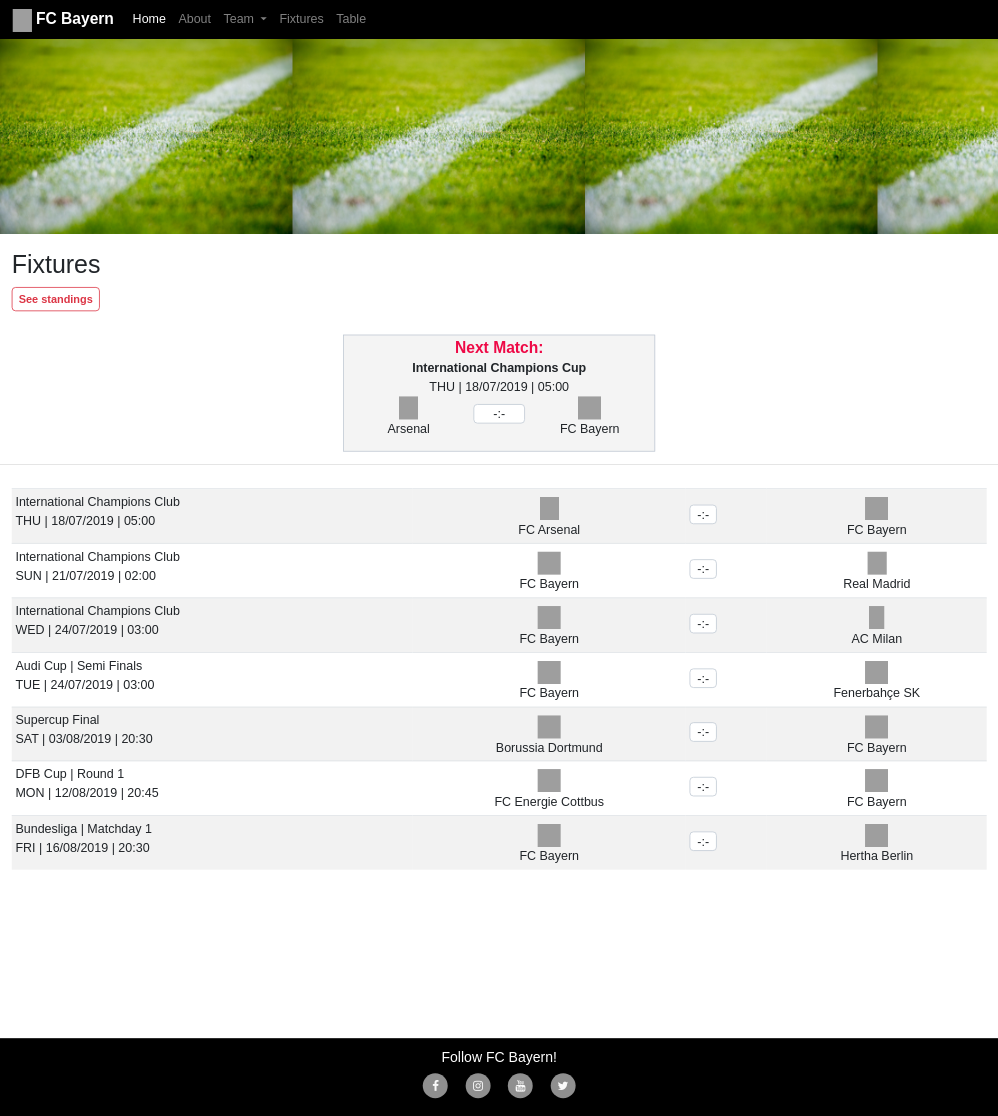
Repository: Code-Institute-Submissions/alnibo-milestone-project-1
Page: fixtures.html
The author's editor kept a record of every edit. The page is drawn from the files as they stood at one moment, then again after the next edit.
The browser window is 1280 px wide. The pictures show the whole page, at 78% of full size.
Pictures or frames that could not be fetched are drawn as grey boxes. Backgrounds fixed to the window are drawn as part of the page. Some web fonts or font styles are not loaded; a fallback is used.

Above is the page before.

### fixtures.html
<!DOCTYPE html>
<html lang="en">

<head>
    <meta charset="UTF-8">
    <meta name="viewport" content="width=device-width, initial-scale=1.0">
    <link rel="stylesheet" href="https://stackpath.bootstrapcdn.com/bootstrap/4.3.1/css/bootstrap.min.css" type="text/css" />
    <link rel="stylesheet" href="https://stackpath.bootstrapcdn.com/font-awesome/4.7.0/css/font-awesome.min.css" type="text/css" />
    <link rel="stylesheet" href="assets/css/style.css">
    <title>FC Bayern</title>
</head>

<body>

    <!---------------------------------------------------- Navbar -->
    <nav class="navbar navbar-expand-sm navbar-dark fixed-top">
        <a class="navbar-brand" href="index.html">
            <img src="https://upload.wikimedia.org/wikipedia/commons/thumb/1/1f/Logo_FC_Bayern_München_%282002–2017%29.svg/1024px-Logo_FC_Bayern_München_%282002–2017%29.svg.png" width="30" height="30" class="d-inline-block" class="d-inline-block align-center">FC Bayern
        </a>
        <button class="navbar-toggler" type="button" data-toggle="collapse" data-target="#navbarNavDropdown" aria-controls="navbarNavDropdown" aria-expanded="false" aria-label="Toggle navigation">
            <span class="navbar-toggler-icon"></span>
        </button>

        <div class="collapse navbar-collapse" id="navbarNavDropdown">
            <ul class="navbar-nav">
                <li class="nav-item active">
                    <a class="nav-link" href="index.html">Home <span class="sr-only">(current)</span></a>
                </li>
                <li class="nav-item">
                    <a class="nav-link" href="about.html">About</a>
                </li>
                <li class="nav-item dropdown">
                    <a class="nav-link dropdown-toggle" href=#" id="navbarDropdownMenuLink" data-toggle="dropdown" aria-haspopup="true" aria-expanded="false">Team
                    </a>
                    <div class="dropdown-menu" aria-labelledby="navbarDropdownMenuLink">
                        <a class="dropdown-item" href="team.html">All</a>
                        <a class="dropdown-item" href="team.html#goalkeepers">Goalkeepers</a>
                        <a class="dropdown-item" href="team.html#defenders">Defenders</a>
                        <a class="dropdown-item" href="team.html#midfielders">Midfielders</a>
                        <a class="dropdown-item" href="team.html#forwards">Forwards</a>
                        <a class="dropdown-item" href="team.html#coaches">Coaches</a>
                    </div>
                </li>
                <li class="nav-item">
                    <a class="nav-link" href="fixtures.html">Fixtures</a>
                </li>
                <li class="nav-item">
                    <a class="nav-link" href="table.html">Table</a>
                </li>
            </ul>
        </div>
    </nav>


    <!---------------------------------------------------- Content -->

<!--    <div class="container-fluid team">
        <div class="row">
            <img class="top-pic col-12" src="assets/images/grassline.jpg" alt="grass picture">
        </div>
    </div>-->

    <div class="container-fluid">
        <div class="row top-pic-fixtures">
        </div>
    </div>

    <div class="container-fluid fixtures">
        <div class="row">
            <h2>Fixtures</h2>
        </div>
        <div class="row">
            <a class="btn btn-sm btn-outline-danger btn--fixtures" href="table.html">See standings</a>
        </div>
    </div>

<!---------------- next match for mobile view ----------------------->

    <div class="container-fluid">
    <div class="row box-mobile">
        <div class="container col-11 next-match-container-mobile">

            <div class="row next-match-head">
                <div class="col-12">Next Match:</div>
            </div>
            <div class="row tournament">
                <div class="col-12">International Champions Cup</div>
            </div>
            <div class="row">
                <div class="col-12">THU | 18/07/2019 | 05:00</div>
            </div>

            <div class="row">
                    <div class="home-team team-container col-5">
                        <img src="https://upload.wikimedia.org/wikipedia/de/thumb/3/32/FC_Arsenal_%28seit_2002%29.svg/1200px-FC_Arsenal_%28seit_2002%29.svg.png" width="25" height="30" class="d-inline-block" class="d-inline-block align-center"></br>
                        <span>Arsenal</span>
                    </div>
                    <div class="next-match-score col-2"><span>-:-</span></div>
                    <div class="away-team team-container col-5">
                        <img src="https://upload.wikimedia.org/wikipedia/commons/thumb/1/1f/Logo_FC_Bayern_München_%282002–2017%29.svg/1024px-Logo_FC_Bayern_München_%282002–2017%29.svg.png" width="30" height="30" class="d-inline-block" class="d-inline-block align-center"></br>
                        <span>FC Bayern</span>
                    </div>
            </div>
        </div>
    </div>

<!---------------- next match for desktop view ----------------------->

    <div class="row box-desktop">
        <div class="container col-6 next-match-container-desktop">

            <div class="row next-match-head">
                <div class="col-12">Next Match:</div>
            </div>
            <div class="row tournament">
                <div class="col-12">International Champions Cup</div>
            </div>
            <div class="row">
                <div class="col-12">THU | 18/07/2019 | 05:00</div>
            </div>

            <div class="row">
                    <div class="home-team team-container col-5">
                        <img src="https://upload.wikimedia.org/wikipedia/de/thumb/3/32/FC_Arsenal_%28seit_2002%29.svg/1200px-FC_Arsenal_%28seit_2002%29.svg.png" width="25" height="30" class="d-inline-block" class="d-inline-block align-center"></br>
                        <span>Arsenal</span>
                    </div>
                    <div class="next-match-score col-2"><span>-:-</span></div>
                    <div class="away-team team-container col-5">
                        <img src="https://upload.wikimedia.org/wikipedia/commons/thumb/1/1f/Logo_FC_Bayern_München_%282002–2017%29.svg/1024px-Logo_FC_Bayern_München_%282002–2017%29.svg.png" width="30" height="30" class="d-inline-block" class="d-inline-block align-center"></br>
                        <span>FC Bayern</span>
                    </div>
            </div>
        </div>
    </div>
    </div>

    <hr class="block-divider">

    <div class="container-fluid upcoming-fixtures">
        <div class="row bundesliga-table">

<!---------------- table for mobile view ----------------------------->

            <table class="table table-sm table-striped table-hover col-12 table-mobile">
                <tbody>
                    <tr>
                        <td>IC Club</br>18/07/2019 | 05:00</td>
                        <td class="table-entry home-column"><img src="https://upload.wikimedia.org/wikipedia/de/thumb/3/32/FC_Arsenal_%28seit_2002%29.svg/1200px-FC_Arsenal_%28seit_2002%29.svg.png" width="25" height="30" class="d-inline-block" class="d-inline-block align-center"></br>Arsenal</td>
                        <td><div class="match-score-odd"><span>-:-</span></div></td>
                        <td class="table-entry away-column"><img src="https://upload.wikimedia.org/wikipedia/commons/thumb/1/1f/Logo_FC_Bayern_München_%282002–2017%29.svg/1024px-Logo_FC_Bayern_München_%282002–2017%29.svg.png" width="30" height="30" class="d-inline-block" class="d-inline-block align-center"></br>Bayern</td>
                    </tr>
                    <tr>
                        <td>IC Club</br>21/07/2019 | 02:00</td>
                        <td class="table-entry home-column"><img src="https://upload.wikimedia.org/wikipedia/commons/thumb/1/1f/Logo_FC_Bayern_München_%282002–2017%29.svg/1024px-Logo_FC_Bayern_München_%282002–2017%29.svg.png" width="30" height="30" class="d-inline-block" class="d-inline-block align-center"></br>Bayern</td>
                        <td><div class="match-score-even"><span>-:-</span></div></td>
                        <td class="table-entry away-column"><img src="https://upload.wikimedia.org/wikipedia/de/thumb/3/3f/Real_Madrid_Logo.svg/2000px-Real_Madrid_Logo.svg.png" width="25" height="30" class="d-inline-block" class="d-inline-block align-center"></br>Madrid</td>
                    </tr>
                    <tr>
                        <td>IC Club</br>24/07/2019 | 03:00</td>
                        <td class="table-entry home-column"><img src="https://upload.wikimedia.org/wikipedia/commons/thumb/1/1f/Logo_FC_Bayern_München_%282002–2017%29.svg/1024px-Logo_FC_Bayern_München_%282002–2017%29.svg.png" width="30" height="30" class="d-inline-block" class="d-inline-block align-center"></br>Bayern</td>
                        <td><div class="match-score-odd"><span>-:-</span></div></td>
                        <td class="table-entry away-column"><img src="https://upload.wikimedia.org/wikipedia/de/thumb/9/9e/AC_Mailand_Logo.svg/1200px-AC_Mailand_Logo.svg.png" width="20" height="30" class="d-inline-block" class="d-inline-block align-center"></br>Milan</td>
                    </tr>
                    <tr>
                        <td>Audi Cup</br>24/07/2019 | 03:00</td>
                        <td class="table-entry home-column"><img src="https://upload.wikimedia.org/wikipedia/commons/thumb/1/1f/Logo_FC_Bayern_München_%282002–2017%29.svg/1024px-Logo_FC_Bayern_München_%282002–2017%29.svg.png" width="30" height="30" class="d-inline-block" class="d-inline-block align-center"></br>Bayern</td>
                        <td><div class="match-score-even"><span>-:-</span></div></td>
                        <td class="table-entry away-column"><img src="https://upload.wikimedia.org/wikipedia/de/thumb/e/e6/Fenerbahce_Spor_Kulubu.svg/1054px-Fenerbahce_Spor_Kulubu.svg.png" width="30" height="30" class="d-inline-block" class="d-inline-block align-center"></br>Fenerbahçe</td>
                    </tr>
                    <tr>
                        <td>SC Final</br>03/08/2019 | 20:30</td>
                        <td class="table-entry home-column"><img src="https://upload.wikimedia.org/wikipedia/commons/thumb/6/67/Borussia_Dortmund_logo.svg/2000px-Borussia_Dortmund_logo.svg.png" width="30" height="30" class="d-inline-block" class="d-inline-block align-center"></br>Dortmund</td>
                        <td><div class="match-score-odd"><span>-:-</span></div></td>
                        <td class="table-entry away-column"><img src="https://upload.wikimedia.org/wikipedia/commons/thumb/1/1f/Logo_FC_Bayern_München_%282002–2017%29.svg/1024px-Logo_FC_Bayern_München_%282002–2017%29.svg.png" width="30" height="30" class="d-inline-block" class="d-inline-block align-center"></br>Bayern</td>
                    </tr>
                    <tr>
                        <td>DFB Cup</br>12/08/2019 | 20:45</td>
                        <td class="table-entry home-column"><img src="https://upload.wikimedia.org/wikipedia/commons/thumb/5/55/Logo_Energie_Cottbus.svg/1200px-Logo_Energie_Cottbus.svg.png" width="30" height="30" class="d-inline-block" class="d-inline-block align-center"></br>Cottbus</td>
                        <td><div class="match-score-even"><span>-:-</span></div></td>
                        <td class="table-entry away-column"><img src="https://upload.wikimedia.org/wikipedia/commons/thumb/1/1f/Logo_FC_Bayern_München_%282002–2017%29.svg/1024px-Logo_FC_Bayern_München_%282002–2017%29.svg.png" width="30" height="30" class="d-inline-block" class="d-inline-block align-center"></br>Bayern</td>
                    </tr>
                    <tr>
                        <td>BL</br>16/08/2019 | 20:30</td>
                        <td class="table-entry home-column"><img src="https://upload.wikimedia.org/wikipedia/commons/thumb/1/1f/Logo_FC_Bayern_München_%282002–2017%29.svg/1024px-Logo_FC_Bayern_München_%282002–2017%29.svg.png" width="30" height="30" class="d-inline-block" class="d-inline-block align-center"></br>Bayern</td>
                        <td><div class="match-score-odd"><span>-:-</span></div></td>
                        <td class="table-entry away-column"><img src="https://upload.wikimedia.org/wikipedia/de/thumb/3/38/Hertha_BSC_Logo.svg/2000px-Hertha_BSC_Logo.svg.png" width="30" height="30" class="d-inline-block" class="d-inline-block align-center"></br>Berlin</td>
                    </tr>
                </tbody>
            </table>

<!---------------- table for desktop view ---------------------------->

            <table class="table table-sm table-striped table-hover col-12 table-desktop">
                <tbody>
                    <tr>
                        <td>International Champions Club</br>THU | 18/07/2019 | 05:00</td>
                        <td class="table-entry home-column"><img src="https://upload.wikimedia.org/wikipedia/de/thumb/3/32/FC_Arsenal_%28seit_2002%29.svg/1200px-FC_Arsenal_%28seit_2002%29.svg.png" width="25" height="30" class="d-inline-block" class="d-inline-block align-center"></br>FC Arsenal</td>
                        <td><div class="match-score-odd"><span>-:-</span></div></td>
                        <td class="table-entry away-column"><img src="https://upload.wikimedia.org/wikipedia/commons/thumb/1/1f/Logo_FC_Bayern_München_%282002–2017%29.svg/1024px-Logo_FC_Bayern_München_%282002–2017%29.svg.png" width="30" height="30" class="d-inline-block" class="d-inline-block align-center"></br>FC Bayern</td>
                    </tr>
                    <tr>
                        <td>International Champions Club</br>SUN | 21/07/2019 | 02:00</td>
                        <td class="table-entry home-column"><img src="https://upload.wikimedia.org/wikipedia/commons/thumb/1/1f/Logo_FC_Bayern_München_%282002–2017%29.svg/1024px-Logo_FC_Bayern_München_%282002–2017%29.svg.png" width="30" height="30" class="d-inline-block" class="d-inline-block align-center"></br>FC Bayern</td>
                        <td><div class="match-score-even"><span>-:-</span></div></td>
                        <td class="table-entry away-column"><img src="https://upload.wikimedia.org/wikipedia/de/thumb/3/3f/Real_Madrid_Logo.svg/2000px-Real_Madrid_Logo.svg.png" width="25" height="30" class="d-inline-block" class="d-inline-block align-center"></br>Real Madrid</td>
                    </tr>
                    <tr>
                        <td>International Champions Club</br>WED | 24/07/2019 | 03:00</td>
                        <td class="table-entry home-column"><img src="https://upload.wikimedia.org/wikipedia/commons/thumb/1/1f/Logo_FC_Bayern_München_%282002–2017%29.svg/1024px-Logo_FC_Bayern_München_%282002–2017%29.svg.png" width="30" height="30" class="d-inline-block" class="d-inline-block align-center"></br>FC Bayern</td>
                        <td><div class="match-score-odd"><span>-:-</span></div></td>
                        <td class="table-entry away-column"><img src="https://upload.wikimedia.org/wikipedia/de/thumb/9/9e/AC_Mailand_Logo.svg/1200px-AC_Mailand_Logo.svg.png" width="20" height="30" class="d-inline-block" class="d-inline-block align-center"></br>AC Milan</td>
                    </tr>
                    <tr>
                        <td>Audi Cup | Semi Finals</br>TUE | 24/07/2019 | 03:00</td>
                        <td class="table-entry home-column"><img src="https://upload.wikimedia.org/wikipedia/commons/thumb/1/1f/Logo_FC_Bayern_München_%282002–2017%29.svg/1024px-Logo_FC_Bayern_München_%282002–2017%29.svg.png" width="30" height="30" class="d-inline-block" class="d-inline-block align-center"></br>FC Bayern</td>
                        <td><div class="match-score-even"><span>-:-</span></div></td>
                        <td class="table-entry away-column"><img src="https://upload.wikimedia.org/wikipedia/de/thumb/e/e6/Fenerbahce_Spor_Kulubu.svg/1054px-Fenerbahce_Spor_Kulubu.svg.png" width="30" height="30" class="d-inline-block" class="d-inline-block align-center"></br>Fenerbahçe SK</td>
                    </tr>
                    <tr>
                        <td>Supercup Final</br>SAT | 03/08/2019 | 20:30</td>
                        <td class="table-entry home-column"><img src="https://upload.wikimedia.org/wikipedia/commons/thumb/6/67/Borussia_Dortmund_logo.svg/2000px-Borussia_Dortmund_logo.svg.png" width="30" height="30" class="d-inline-block" class="d-inline-block align-center"></br>Borussia Dortmund</td>
                        <td><div class="match-score-odd"><span>-:-</span></div></td>
                        <td class="table-entry away-column"><img src="https://upload.wikimedia.org/wikipedia/commons/thumb/1/1f/Logo_FC_Bayern_München_%282002–2017%29.svg/1024px-Logo_FC_Bayern_München_%282002–2017%29.svg.png" width="30" height="30" class="d-inline-block" class="d-inline-block align-center"></br>FC Bayern</td>
                    </tr>
                    <tr>
                        <td>DFB Cup | Round 1</br>MON | 12/08/2019 | 20:45</td>
                        <td class="table-entry home-column"><img src="https://upload.wikimedia.org/wikipedia/commons/thumb/5/55/Logo_Energie_Cottbus.svg/1200px-Logo_Energie_Cottbus.svg.png" width="30" height="30" class="d-inline-block" class="d-inline-block align-center"></br>FC Energie Cottbus</td>
                        <td><div class="match-score-even"><span>-:-</span></div></td>
                        <td class="table-entry away-column"><img src="https://upload.wikimedia.org/wikipedia/commons/thumb/1/1f/Logo_FC_Bayern_München_%282002–2017%29.svg/1024px-Logo_FC_Bayern_München_%282002–2017%29.svg.png" width="30" height="30" class="d-inline-block" class="d-inline-block align-center"></br>FC Bayern</td>
                    </tr>
                    <tr>
                        <td>Bundesliga | Matchday 1</br>FRI | 16/08/2019 | 20:30</td>
                        <td class="table-entry home-column"><img src="https://upload.wikimedia.org/wikipedia/commons/thumb/1/1f/Logo_FC_Bayern_München_%282002–2017%29.svg/1024px-Logo_FC_Bayern_München_%282002–2017%29.svg.png" width="30" height="30" class="d-inline-block" class="d-inline-block align-center"></br>FC Bayern</td>
                        <td><div class="match-score-odd"><span>-:-</span></div></td>
                        <td class="table-entry away-column"><img src="https://upload.wikimedia.org/wikipedia/de/thumb/3/38/Hertha_BSC_Logo.svg/2000px-Hertha_BSC_Logo.svg.png" width="30" height="30" class="d-inline-block" class="d-inline-block align-center"></br>Hertha Berlin</td>
                    </tr>
                </tbody>
            </table>


        </div>
    </div>




    <div class="container-fluid spaceholder">

    </div>



    <!---------------------------------------------------- Footer -->

    <footer class="container-fluid">
        <div class="footer-details row">
            <div class="col-sm-12">
                <h5 class="social">Follow FC Bayern!</h5>
                <ul class="list-inline social-links">
                    <li class="list-inline-item">
                        <a target="_blank" href="https://www.facebook.com/fcbayern.en/">
                            <i class="fa fa-facebook" aria-hidden="true"></i>
                            <span class="sr-only">Facebook</span>
                        </a>
                    </li>
                    <li class="list-inline-item">
                        <a target="_blank" href="https://www.instagram.com/fcbayern/?hl">
                            <i class="fa fa-instagram" aria-hidden="true"></i>
                            <span class="sr-only">Instagram</span>
                        </a>
                    </li>
                    <li class="list-inline-item">
                        <a target="_blank" href="https://www.youtube.com/user/fcbayern">
                            <i class="fa fa-youtube" aria-hidden="true"></i>
                            <span class="sr-only">YouTube</span>
                        </a>
                    </li>
                    <li class="list-inline-item">
                        <a target="_blank" href="https://twitter.com/FCBayern">
                            <i class="fa fa-twitter" aria-hidden="true"></i>
                            <span class="sr-only">Twitter</span>
                        </a>
                    </li>
                </ul>
            </div>
        </div>
    </footer>

    <script src="https://code.jquery.com/jquery-3.3.1.slim.min.js" integrity="sha384-q8i/X+965DzO0rT7abK41JStQIAqVgRVzpbzo5smXKp4YfRvH+8abtTE1Pi6jizo" crossorigin="anonymous"></script>
    <script src="https://stackpath.bootstrapcdn.com/bootstrap/4.1.3/js/bootstrap.min.js" integrity="sha384-ChfqqxuZUCnJSK3+MXmPNIyE6ZbWh2IMqE241rYiqJxyMiZ6OW/JmZQ5stwEULTy" crossorigin="anonymous"></script>
</body>

</html>

Loaded but not shown: assets/css/style.css (513 lines, source omitted)

After the next edit:
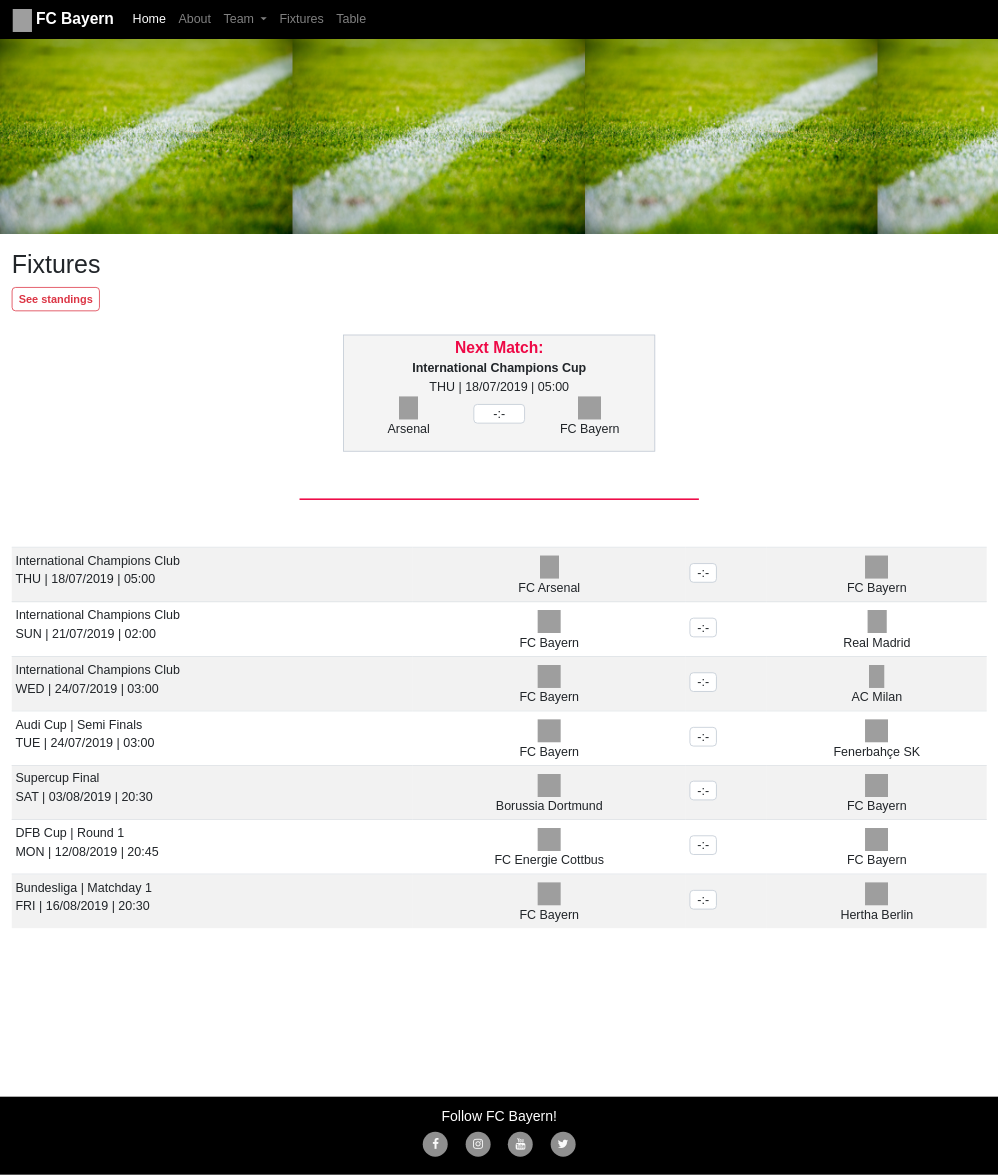
The edit:
--- a/fixtures.html
+++ b/fixtures.html
@@ -134,7 +134,7 @@
     </div>
     </div>
 
-    <hr class="block-divider">
+    <hr class="block-divider-fixtures">
 
     <div class="container-fluid upcoming-fixtures">
         <div class="row bundesliga-table">
